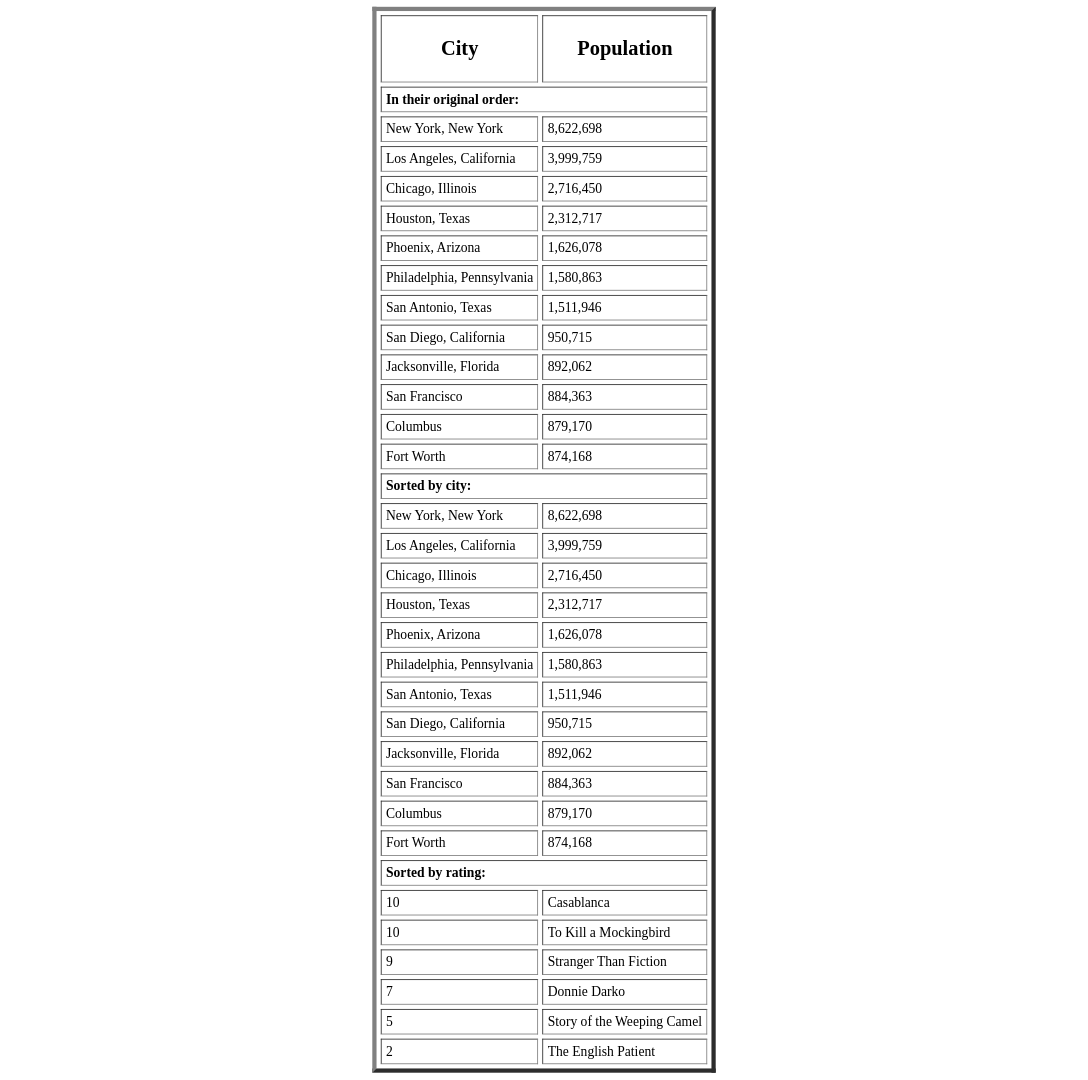
Repository: oduong1/COSW30
Page: http://localhost/homework/hw4/sorting.php
The author's editor kept a record of every edit. The page is drawn from the files as they stood at one moment, then again after the next edit.
The browser window is 1280 px wide. The pictures show the whole page, at 85% of full size.
The page is run by PHP 8.4 with error messages shown; the project is at /var/www/html/.

Above is the page before.

### homework/hw4/sorting.php
<!doctype html>
<html lang="en">
<head>
	<meta charset="utf-8">
	<title>Sorting Arrays</title>
</head>
<body>
<table border="5" cellspacing="5" cellpadding="5" align="center">
<thead>
	<tr>
		<th><h2>City</h2></th>
		<th><h2>Population</h2></th>
	</tr>
</thead>
<tbody>
<?php # Script 2.8 - sorting.php
// Create the array:
        $population = [
            'New York, New York' => '8,622,698',
            'Los Angeles, California' =>'3,999,759',
            'Chicago, Illinois' => '2,716,450',
            'Houston, Texas' => '2,312,717',
            'Phoenix, Arizona' => '1,626,078',
            'Philadelphia, Pennsylvania' => '1,580,863',
            'San Antonio, Texas' => '1,511,946',
            'San Diego, California' => '950,715',
            'Jacksonville, Florida' => '892,062',
            'San Francisco' => '884,363',
            'Columbus' => '879,170',
            'Fort Worth' => '874,168'
        ];
$movies = [
	'Casablanca' => 10,
	'To Kill a Mockingbird' => 10,
	'The English Patient' => 2,
	'Stranger Than Fiction' => 9,
	'Story of the Weeping Camel' => 5,
	'Donnie Darko' => 7
];
// Display the movies in their original order:
// foreach ($population[1]) {
// 	$pop = number_format();
// }

echo '<tr><td colspan="2"><strong>In their original order:</strong></td></tr>';
foreach ($population as $city => $pop) {
	echo "<tr><td>$city</td>
	<td>$pop</td></tr>\n";
}
// Display the movies sorted by title:
ksort($movies);
echo '<tr><td colspan="2"><strong>Sorted by city:</strong></td></tr>';
foreach ($population as $city => $pop) {
	echo "<tr><td>$city</td>
	<td>$pop</td></tr>\n";
}
// Display the movies sorted by rating:
arsort($movies);
echo '<tr><td colspan="2"><strong>Sorted by rating:</strong></td></tr>';
foreach ($movies as $title => $rating) {
	echo "<tr><td>$rating</td>
	<td>$title</td></tr>\n";
}
?>
</tbody>
</table>
</body>
</html>

After the next edit:
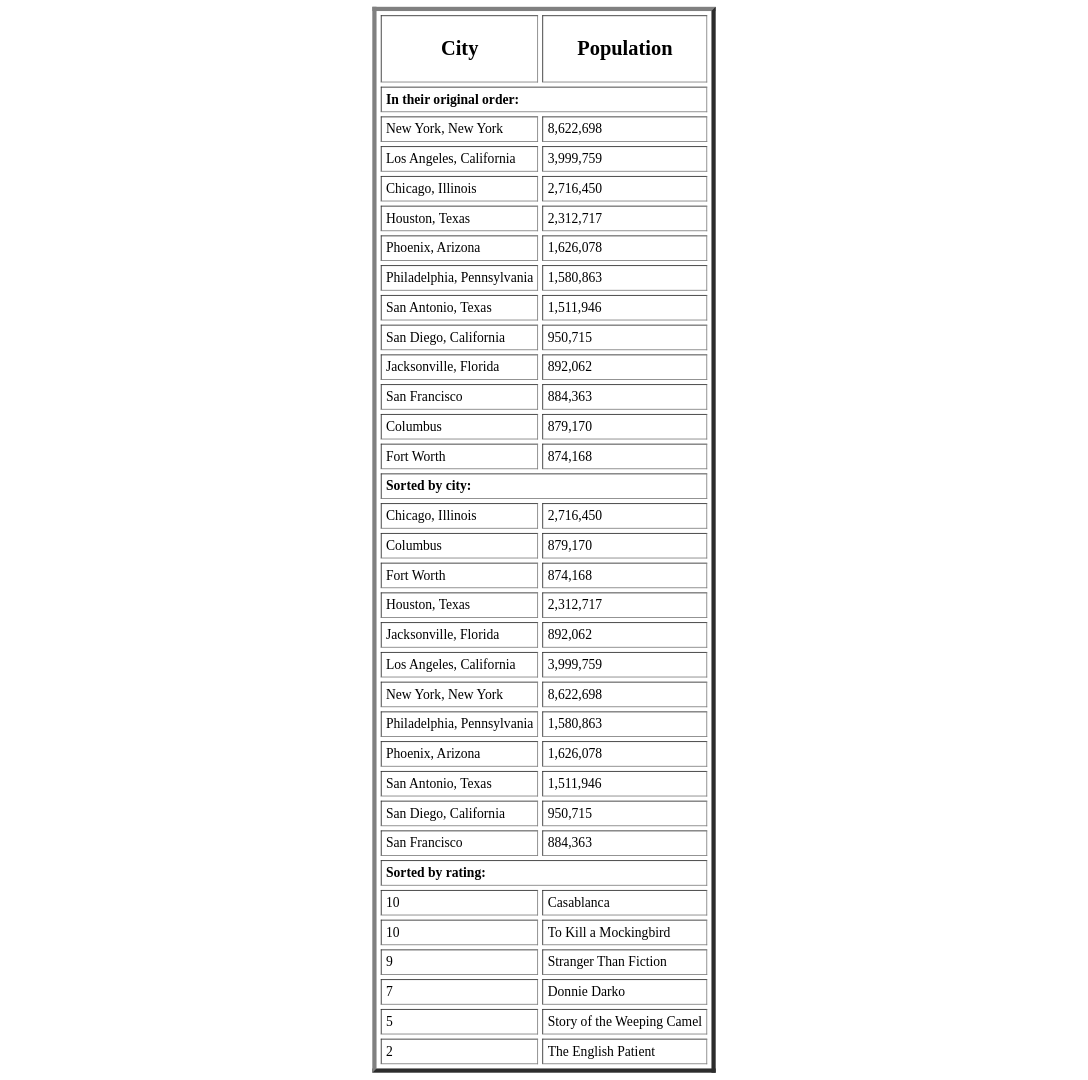
The edit:
--- a/homework/hw4/sorting.php
+++ b/homework/hw4/sorting.php
@@ -48,7 +48,7 @@
 	<td>$pop</td></tr>\n";
 }
 // Display the movies sorted by title:
-ksort($movies);
+ksort($population);
 echo '<tr><td colspan="2"><strong>Sorted by city:</strong></td></tr>';
 foreach ($population as $city => $pop) {
 	echo "<tr><td>$city</td>
